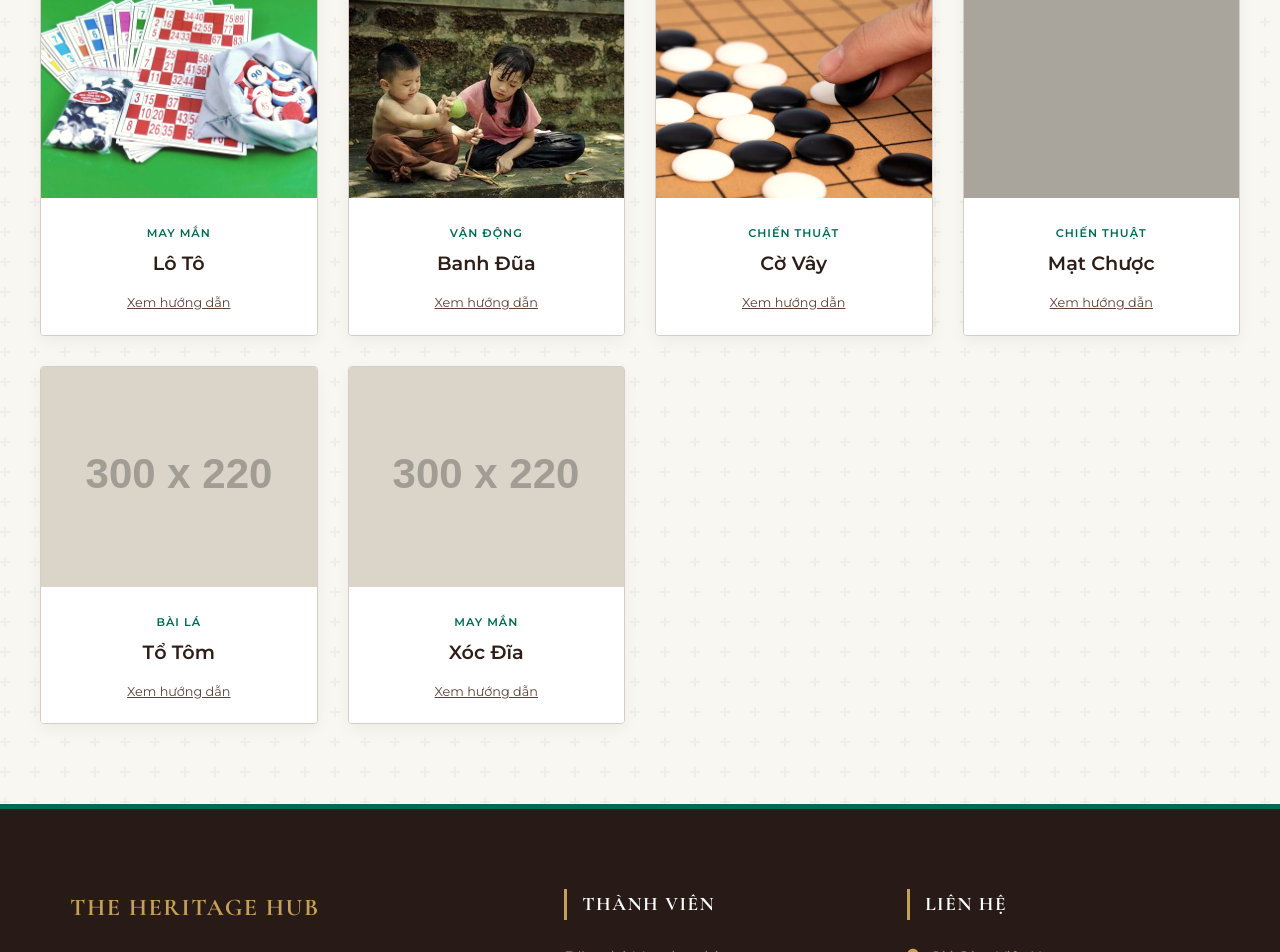
Repository: Lukas952003/Project-The-Heritage-Hub-Coffee-Marketing
Page: games.html
The author's editor kept a copy of each file at every save. The page is drawn from the files as they stood at one save, then again after the next save.
The browser window is 1280 px wide. The pictures show the part of the page from y = 1063 to 2015 px (the page is 2220 px tall).
Pictures or frames that could not be fetched are drawn as grey boxes. Backgrounds fixed to the window are drawn as part of the page.

Above is the page before, as saved 2025-12-28 21:39:56.

After the next save:
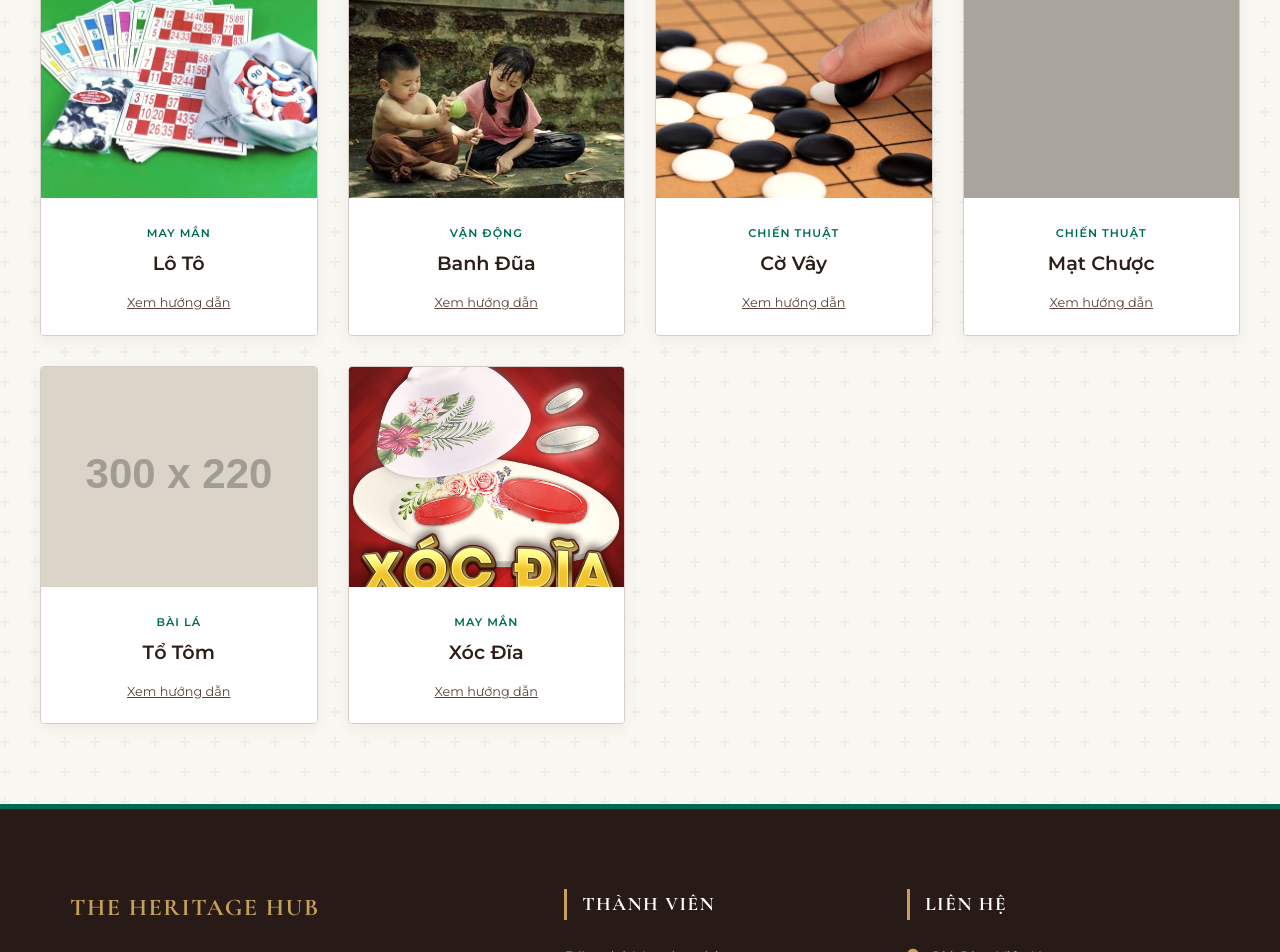
Saved 104 s later.
--- a/games.html
+++ b/games.html
@@ -663,7 +663,7 @@
           </div>
         </div>
         <div class="game-card" data-cat="may-man">
-          <img src="https://via.placeholder.com/300x220" class="game-thumb" />
+          <img src="./img/game-xoc-dia.png" class="game-thumb" />
           <div class="game-info">
             <span class="game-tag">May Mắn</span>
             <div class="game-title">Xóc Đĩa</div>
